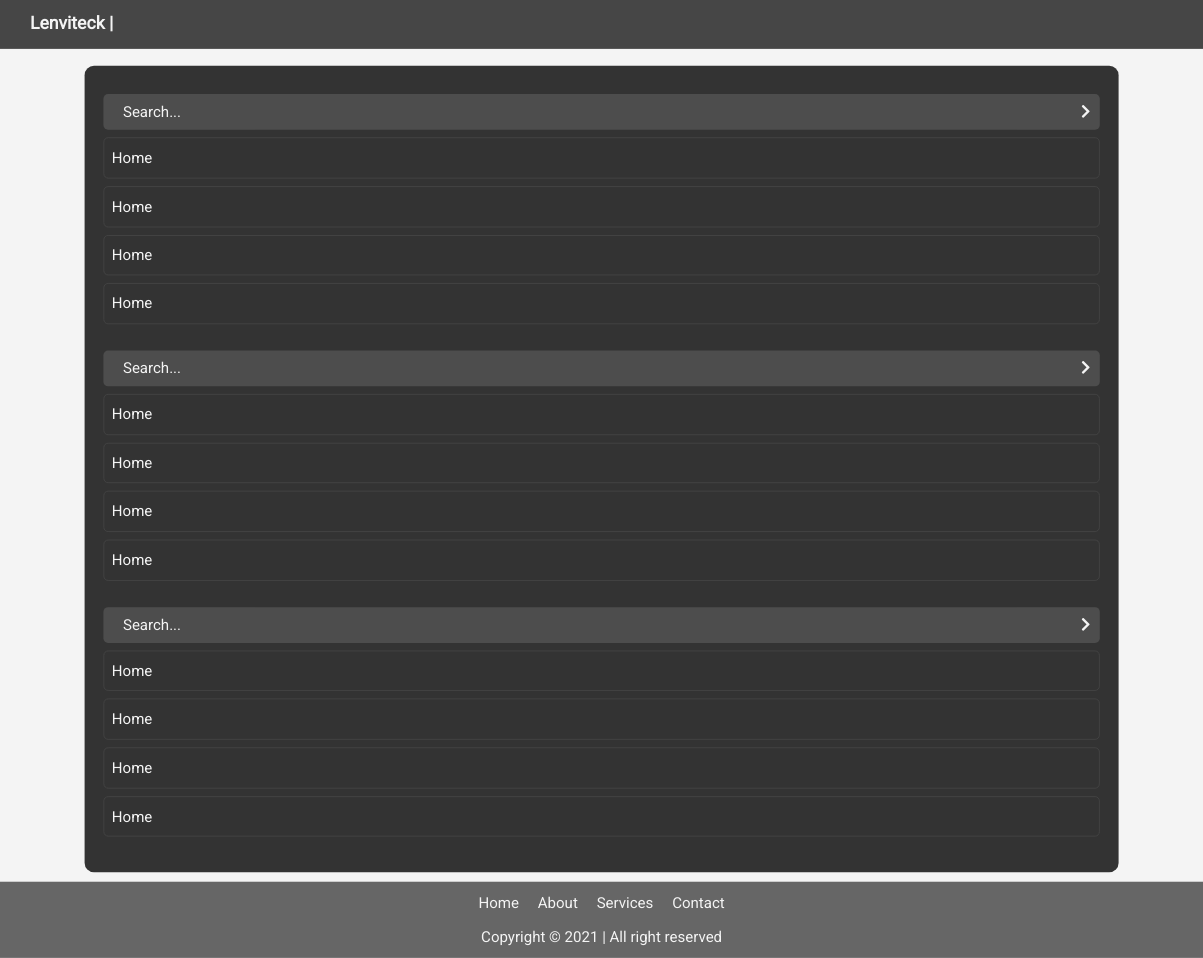
Repository: mxhdiqaim/lenviteck
Page: dist/index.html
These files come from the project's save history. The page is drawn as it stood at one moment and after the next save; the edit follows.
The browser window is 1280 px wide. The pictures show the whole page, at 94% of full size.
Some web libraries are served in a nearby version. The style sheet was rebuilt from its Sass, Less or Tailwind sources for each picture, by a compiler version that may differ from the author's.

Above is the page before, as saved 2021-04-15 16:32:26.

After the next save:
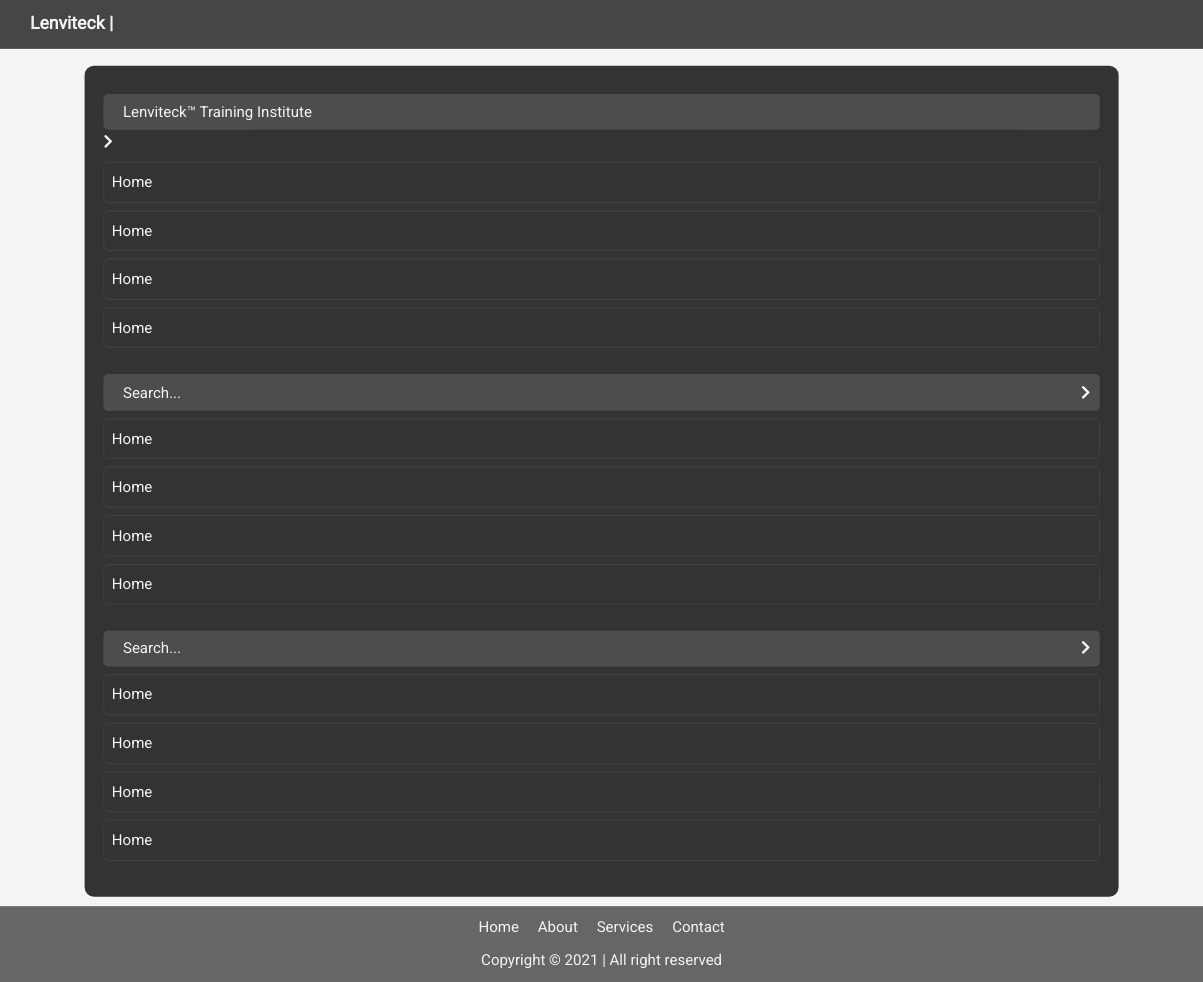
Saved 73 s later.
--- a/dist/index.html
+++ b/dist/index.html
@@ -21,7 +21,7 @@
 
     <section class="container section-1">
        <div class="works-list">
-           <a href="#" class="btn btn-block" >Search... <span><i class="fas fa-chevron-right"></i></span> </a>
+           <a href="#" class="btn btn-block" >Lenviteck™ Training Institute</a> <span><i class="fas fa-chevron-right"></i></span> </a>
            <ul>
                <li class="card"><a href="#">Home</a></li>
                <li class="card"><a href="#">Home</a></li>
